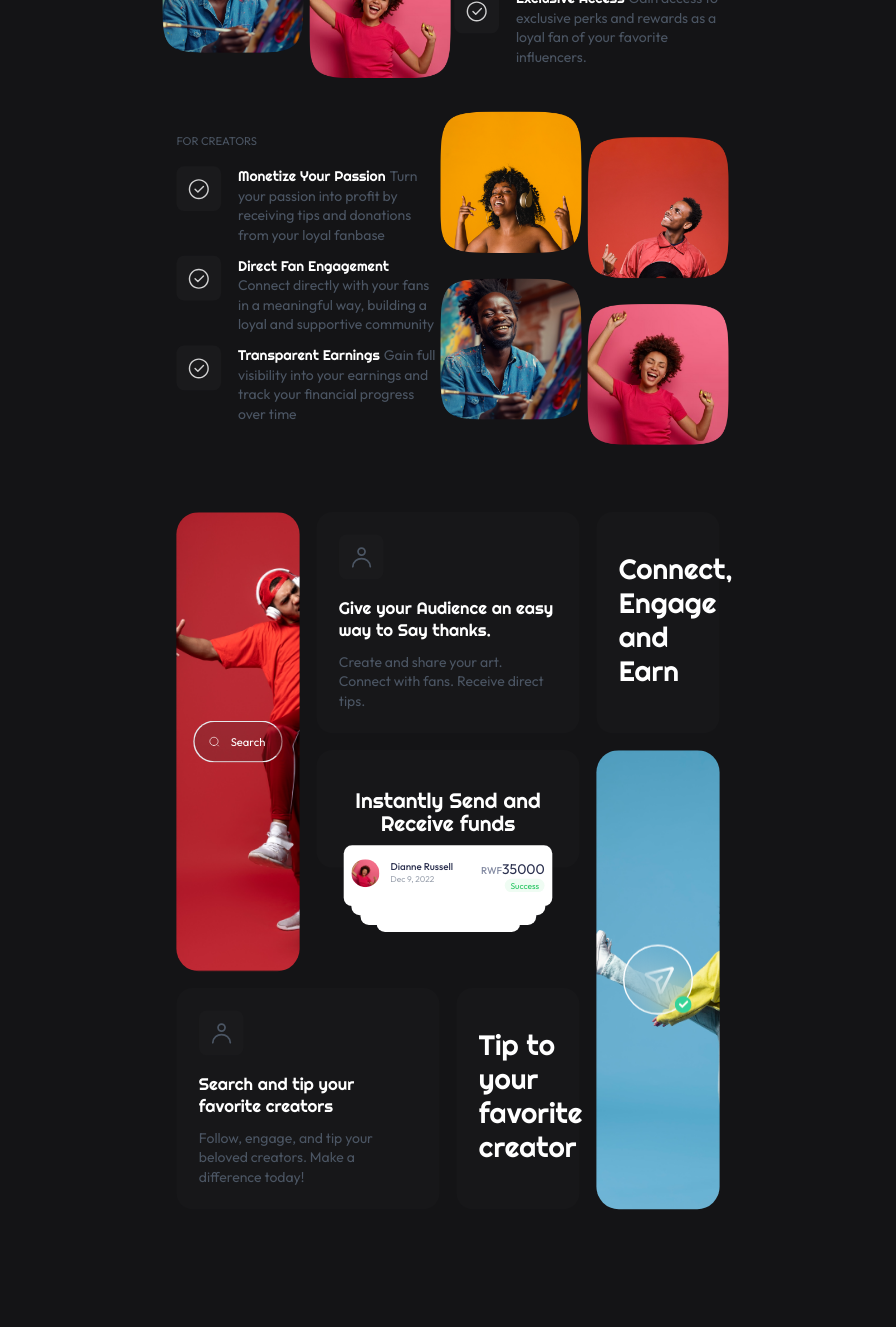
Repository: felixdusengimana/capstone-project-mirror
Page: / (app in frontend/)
The author's editor kept a copy of each file at every save. The page is drawn from the files as they stood at one save, then again after the next save.
The browser window is 1280 px wide. The pictures show the part of the page from y = 2289 to 4209 px (the page is 4185 px tall before and 4209 px after), at 70% of full size.
The project was rebuilt for these pictures with package versions that can differ from the ones it lists, and the page was loaded fresh each time. The framework's server and built-in components were replaced by stand-ins that run in the browser. Also part of the build but not shown: frontend/next.config.mjs.

Above is the page before, as saved 2024-03-11 17:33:41.

After the next save:
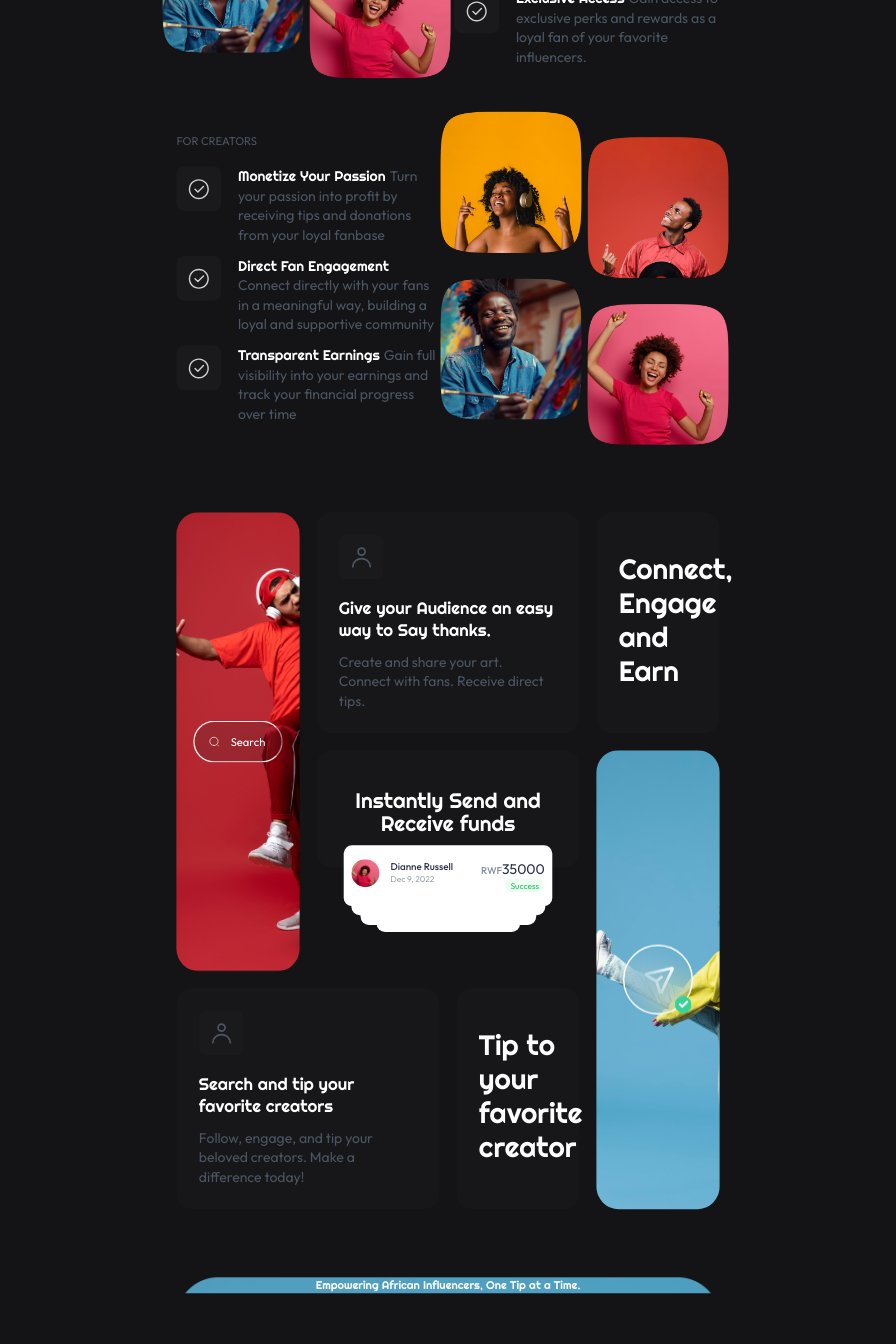
Saved 26 s later.
--- a/frontend/app/page.tsx
+++ b/frontend/app/page.tsx
@@ -268,7 +268,11 @@ export default function page() {
       </section>
 
       <section className="mt-24 page-padding">
-        <div className="bg-[url('/sent-bg.png')] bg-cover bg-no-repeat row-span-2 bg-transparent rounded-[32px] px-6 flex items-center justify-center"></div>
+        <div className="bg-[url('/sent-bg.png')] bg-cover bg-no-repeat row-span-2 bg-transparent rounded-[32px] px-6 flex items-center justify-center">
+          <Headline>
+            Empowering African Influencers, One Tip at a Time.
+          </Headline>
+        </div>
       </section>
     </div>
   );
